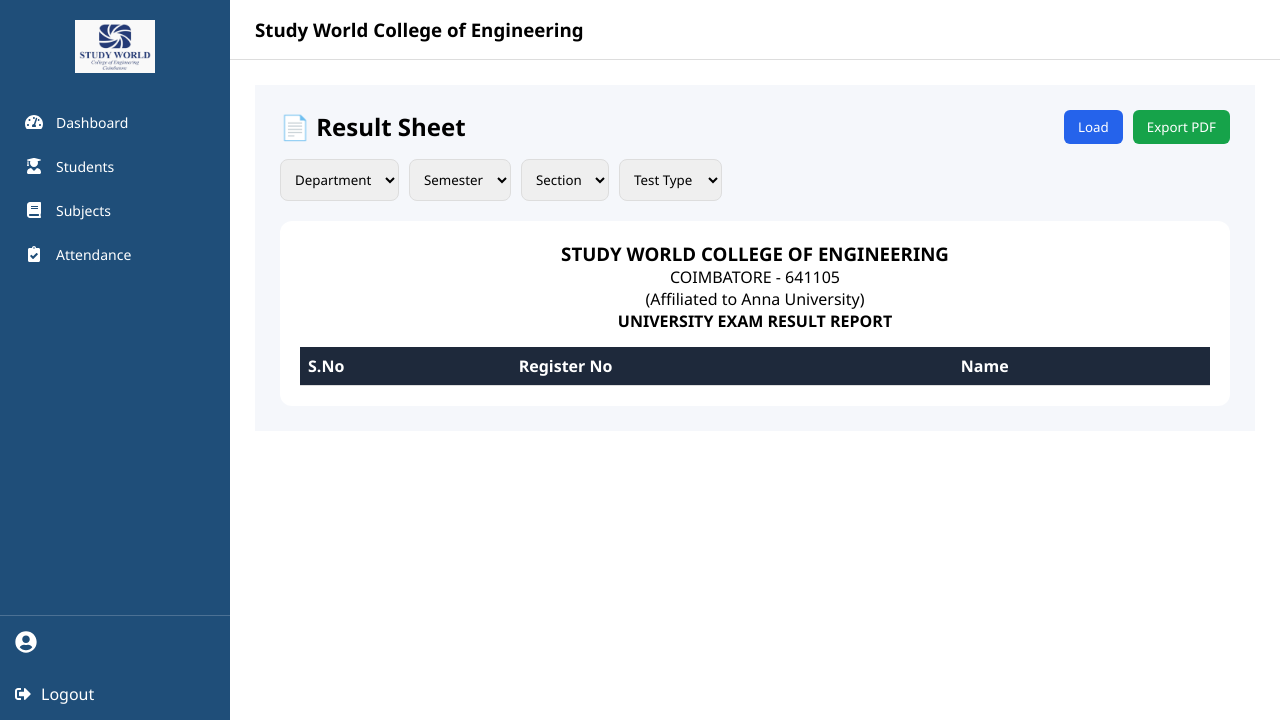
Repository: arthanarieswara/frontend
Page: /result-sheet
The author's editor kept a copy of each file at every save. The page is drawn from the files as they stood at one save, then again after the next save.
The browser window is 1280 px wide. The pictures show the whole page.
The page's requests for data from a server got no answer. The project was rebuilt for these pictures with package versions that can differ from the ones it lists, and the page was loaded fresh each time. No one was signed in, and anything a server would have sent is missing. Also part of the build but not shown: vite.config.js, src/pages/auth/Login.jsx, src/pages/dashboard/Dashboard.css, src/pages/dashboard/Dashboard.jsx, src/pages/departments/Departments.jsx, src/pages/students/Students.css, src/pages/students/Students.jsx, src/pages/faculty/Faculty.css and 12 more.

Above is the page before, as saved 2026-04-13 14:07:35.

After the next save:
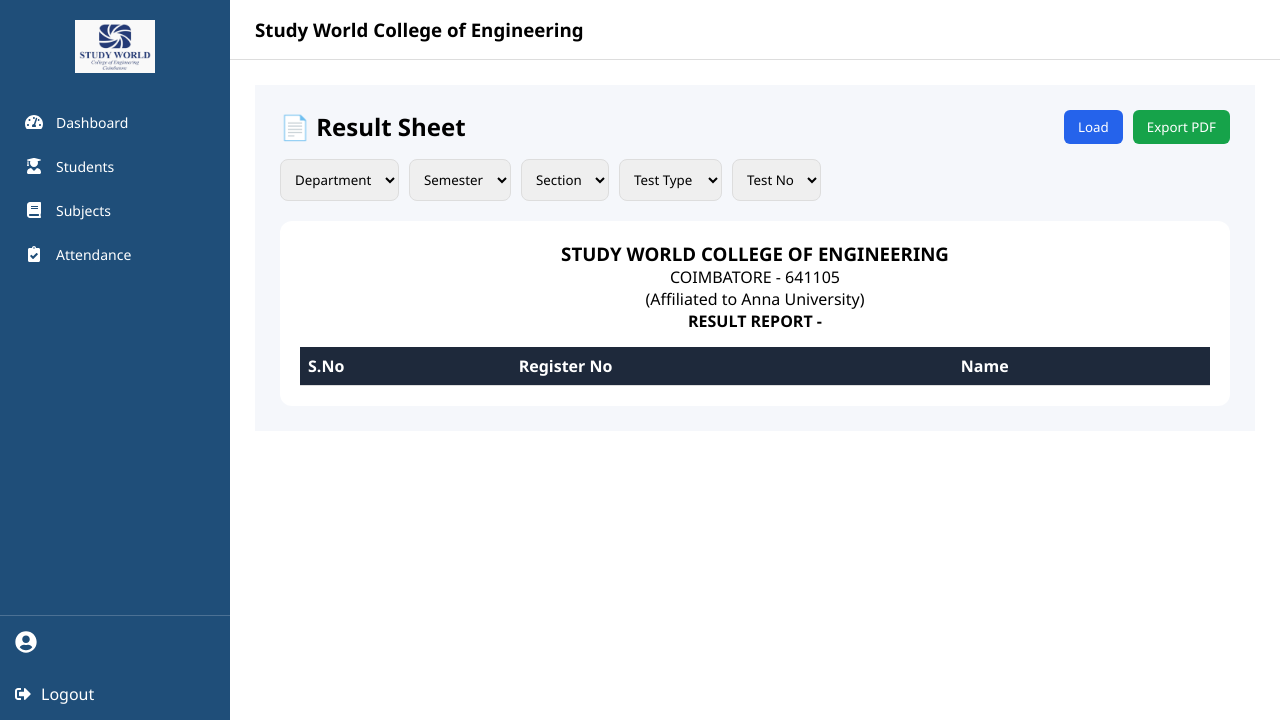
Saved 6 min 15 s later.
--- a/src/pages/marks/ResultSheet.jsx
+++ b/src/pages/marks/ResultSheet.jsx
@@ -15,6 +15,7 @@ function ResultSheet() {
   const [department, setDepartment] = useState("");
   const [section, setSection] = useState("");
   const [testType, setTestType] = useState("");
+  const [testNo, setTestNo] = useState(""); // ✅ NEW
 
   /* ================= LOAD DEPARTMENTS ================= */
   useEffect(() => {
@@ -43,6 +44,7 @@ function ResultSheet() {
       params.append("test_type", testType);
 
       if (section) params.append("section", section);
+      if (testNo) params.append("test_no", testNo); // ✅ NEW
 
       const res = await api.get(`/marks/class?${params.toString()}`);
       const rows = res.data;
@@ -79,7 +81,6 @@ function ResultSheet() {
   /* ================= ANALYSIS ================= */
   const calculateAnalysis = (groupedData, subjectsList) => {
     const students = Object.values(groupedData);
-    const totalStudents = students.length;
 
     const subjectStats = subjectsList.map((sub) => {
       let appeared = 0;
@@ -101,7 +102,7 @@ function ResultSheet() {
       });
 
       return {
-        total: totalStudents,
+        total: students.length,
         appeared,
         absent,
         pass,
@@ -122,17 +123,15 @@ function ResultSheet() {
         const mark = s.marks[sub];
 
         if (mark === "AB") {
-          hasAbsent = true; // ❌ absent = not all clear
+          hasAbsent = true;
         } else if (Number(mark) < 50) {
           failCount++;
         }
       });
 
-      /* ✅ NIL = NO FAIL + NO ABSENT */
       if (failCount === 0 && !hasAbsent) {
         allCleared++;
       } else {
-        const key = failCount || "AB"; // optional grouping
         failDistribution[failCount] = (failDistribution[failCount] || 0) + 1;
       }
     });
@@ -177,7 +176,7 @@ function ResultSheet() {
           </div>
         </div>
 
-        {/* FILTERS */}
+        {/* FILTER BAR */}
         <div className="filter-bar">
           <select
             value={department}
@@ -217,6 +216,14 @@ function ResultSheet() {
             <option value="Internal">Internal</option>
             <option value="Class Test">Class Test</option>
           </select>
+
+          {/* ✅ NEW TEST NO */}
+          <select value={testNo} onChange={(e) => setTestNo(e.target.value)}>
+            <option value="">Test No</option>
+            <option value="1">Test 1</option>
+            <option value="2">Test 2</option>
+            <option value="3">Test 3</option>
+          </select>
         </div>
 
         {/* PDF CONTENT */}
@@ -225,7 +232,9 @@ function ResultSheet() {
             <h3>STUDY WORLD COLLEGE OF ENGINEERING</h3>
             <p>COIMBATORE - 641105</p>
             <p>(Affiliated to Anna University)</p>
-            <h4>UNIVERSITY EXAM RESULT REPORT</h4>
+            <h4>
+              RESULT REPORT - {testType} {testNo && `(Test ${testNo})`}
+            </h4>
           </div>
 
           {/* TABLE */}
